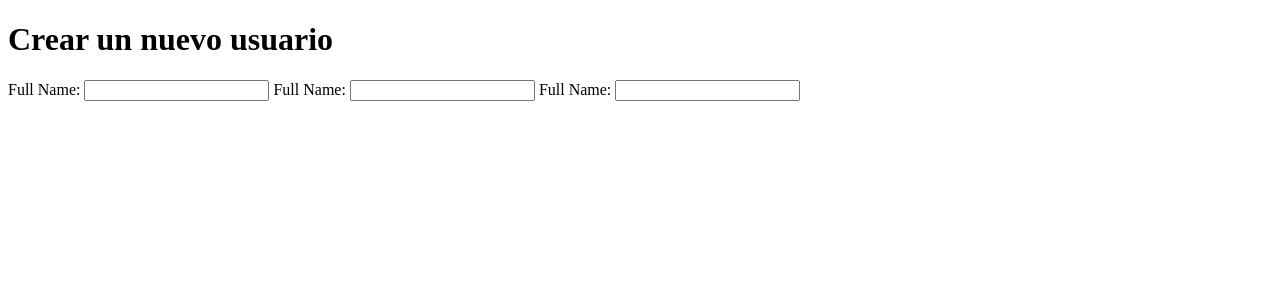
Repository: VinnySil/membresia
Page: http://localhost/users/create
The author's editor kept a copy of each file at every save. The page is drawn from the files as they stood at one save, then again after the next save.
The browser window is 1280 px wide. The pictures show the whole page.
The page is served by the project's Laravel application, run on PHP 8.4 with Laravel 12.

Above is the page before, as saved 2024-12-06 19:16:12.

After the next save:
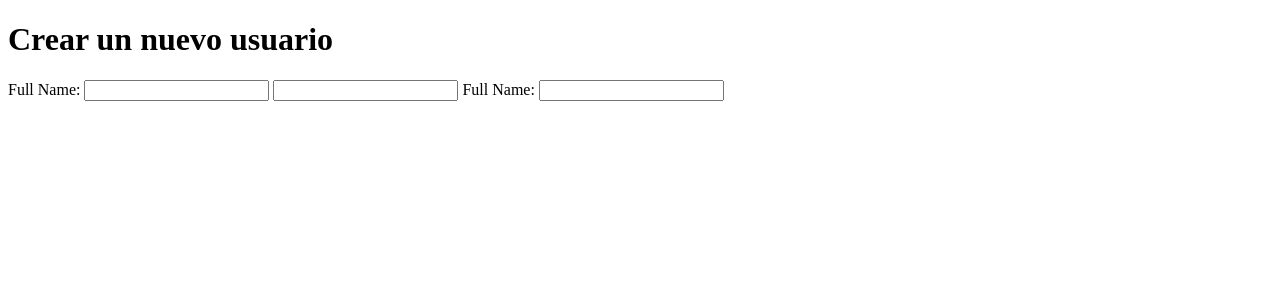
Saved 9 s later.
--- a/resources/views/users/create.blade.php
+++ b/resources/views/users/create.blade.php
@@ -12,7 +12,7 @@
     <form action="{{ route('users.store') }}">
         <label for="fullname">Full Name:</label>
         <input type="text" name="fullname">
-        <label for="fullname">Full Name:</label>
+        <label for="fullname"></label>
         <input type="text" name="fullname">
         <label for="fullname">Full Name:</label>
         <input type="text" name="fullname">
